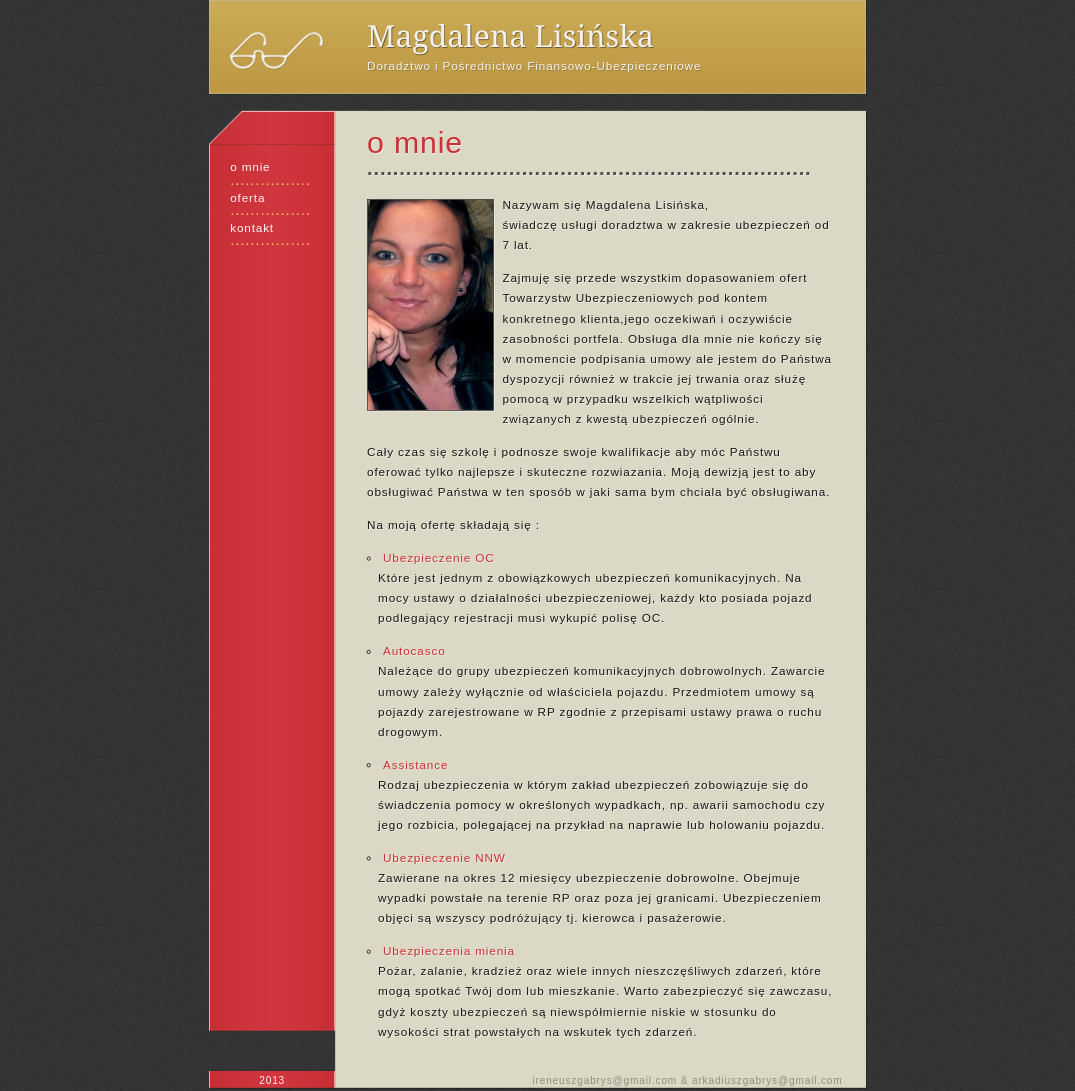
Repository: gabr/php_elicpse_workspace
Page: Magda Lisinska/index.html
These files come from the project's save history. The page is drawn as it stood at one moment and after the next save; the edit follows.
The browser window is 1280 px wide. The pictures show the whole page, at 84% of full size.

Above is the page before, as saved 2013-03-08 14:19:11.

### Magda Lisinska/index.html
<!DOCTYPE HTML>
<html>
<head>
<meta http-equiv="Content-Type" content="text/html; charset=utf-8">
<title>Magdalena Lisińska</title>
<!--
		<meta name="description" content="Add your sites description here">
		<meta name="keywords" content="Add,your,site,keywords,here">
		<link rel="icon" type="image/x-icon" href="../images/favicon.ico">
		-->
<link rel="stylesheet" type="text/css" href="css/reset.css"
  media="screen">
<link rel="stylesheet" type="text/css" href="css/style.css"
  media="screen">
<!-- <script src="js/jquery-1.9.1.js"></script>
        <script src="js/script.js"></script> -->
<!--[if lt IE 9]>
		<script src="js/html5shiv.js"></script>
		<![endif]-->
</head>

<body>
  <!-- head -->
  <div id="header">
    <a href="index.html" id="glasses"></a> <a href="index.html"
      id="header-title">
      <p id="title">Magdalena Lisińska</p>
      <p id="slogan">Doradztwo i Pośrednictwo
        Finansowo-Ubezpieczeniowe</p>
    </a>
    <div class="clear"></div>
  </div>

  <!-- body -->
  <div id="body">
    <!-- menu -->
    <div id="menu">
      <div id="menu-head"></div>
      <div id="menu-body" style="height: 1055px">
        <div id="menu-margin"></div>
        <ul>
          <li><a href="#">o mnie</a></li>
          <li class="line">................</li>
          <li><a href="#">oferta</a></li>
          <li class="line">................</li>
          <li><a href="kontakt.html">kontakt</a></li>
          <li class="line">................</li>
        </ul>
      </div>
    </div>
    <!-- content -->
    <div id="content">
      <div>
        <h1>o mnie</h1>
        <div class="line">.....................................................................</div>
        <img src="images/magda.jpg" />
        <p>
          Nazywam się Magdalena Lisińska,<br>świadczę usługi
          doradztwa w zakresie ubezpieczeń od 7 lat.
        </p>
        <p>Zajmuję się przede wszystkim dopasowaniem ofert
          Towarzystw Ubezpieczeniowych pod kontem konkretnego
          klienta,jego oczekiwań i oczywiście zasobności portfela.
          Obsługa dla mnie nie kończy się w momencie podpisania umowy
          ale jestem do Państwa dyspozycji również w trakcie jej trwania
          oraz służę pomocą w przypadku wszelkich wątpliwości związanych
          z kwestą ubezpieczeń ogólnie.</p>
        <p>Cały czas się szkolę i podnosze swoje kwalifikacje aby
          móc Państwu oferować tylko najlepsze i skuteczne rozwiazania.
          Moją dewizją jest to aby obsługiwać Państwa w ten sposób w
          jaki sama bym chciala być obsługiwana.</p>
        <p>Na moją ofertę składają się :</p>
        <ul>
          <li><a target="_blank"
            href="http://www.grupa-arda.pl/ubezpieczenia/ubezpieczenia-oc.html?phpMyAdmin=3N6bEaCYBK2Jq4cIqrYr1X8wqk0">Ubezpieczenie
              OC</a>
            <p>Które jest jednym z obowiązkowych ubezpieczeń
              komunikacyjnych. Na mocy ustawy o działalności
              ubezpieczeniowej, każdy kto posiada pojazd podlegający
              rejestracji musi wykupić polisę OC.</p></li>
          <li><a target="_blank"
            href="http://www.grupa-arda.pl/ubezpieczenia/ubezpieczenia-autocasco.html?phpMyAdmin=3N6bEaCYBK2Jq4cIqrYr1X8wqk0">Autocasco</a>
            <p>Należące do grupy ubezpieczeń komunikacyjnych
              dobrowolnych. Zawarcie umowy zależy wyłącznie od
              właściciela pojazdu. Przedmiotem umowy są pojazdy
              zarejestrowane w RP zgodnie z przepisami ustawy prawa o
              ruchu drogowym.</p></li>
          <li><a target="_blank"
            href="http://www.grupa-arda.pl/ubezpieczenia/ubezpieczenia-assistance.html?phpMyAdmin=3N6bEaCYBK2Jq4cIqrYr1X8wqk0">Assistance</a>
            <p>Rodzaj ubezpieczenia w którym zakład ubezpieczeń
              zobowiązuje się do świadczenia pomocy w określonych
              wypadkach, np. awarii samochodu czy jego rozbicia,
              polegającej na przykład na naprawie lub holowaniu pojazdu.</p>
          </li>
          <li><a target="_blank"
            href="http://www.grupa-arda.pl/ubezpieczenia/ubezpieczenia-nnw.html?phpMyAdmin=3N6bEaCYBK2Jq4cIqrYr1X8wqk0">Ubezpieczenie
              NNW</a>
            <p>Zawierane na okres 12 miesięcy ubezpieczenie
              dobrowolne. Obejmuje wypadki powstałe na terenie RP oraz
              poza jej granicami. Ubezpieczeniem objęci są wszyscy
              podróżujący tj. kierowca i pasażerowie.</p></li>
          <li><a target="_blank"
            href="http://www.grupa-arda.pl/ubezpieczenia/ubezpieczenia-mienia.html?phpMyAdmin=3N6bEaCYBK2Jq4cIqrYr1X8wqk0">Ubezpieczenia
              mienia</a>
            <p>Pożar, zalanie, kradzież oraz wiele innych
              nieszczęśliwych zdarzeń, które mogą spotkać Twój dom lub
              mieszkanie. Warto zabezpieczyć się zawczasu, gdyż koszty
              ubezpieczeń są niewspółmiernie niskie w stosunku do
              wysokości strat powstałych na wskutek tych zdarzeń.</p></li>
        </ul>
      </div>
    </div>
    <div class="clear"></div>

    <!-- footer -->
    <div id="footer">
      <div id="left-footer">
        <p>2013</p>
      </div>
      <div id="right-footer">
        <p>ireneuszgabrys@gmail.com &amp;
          arkadiuszgabrys@gmail.com&ensp;&ensp;&ensp;&ensp;</p>
      </div>
      <div class="clear"></div>
    </div>

  </div>

</body>
</html>

### Magda Lisinska/css/reset.css
/*
html5doctor.com Reset Stylesheet
v1.6.1
Last Updated: 2010-09-17
Author: Richard Clark - http://richclarkdesign.com
Twitter: @rich_clark
*/

html, body, div, span, object, iframe,
h1, h2, h3, h4, h5, h6, p, blockquote, pre,
abbr, address, cite, code,
del, dfn, em, img, ins, kbd, q, samp,
small, strong, sub, sup, var,
b, i,
dl, dt, dd, ol, ul, li,
fieldset, form, label, legend,
table, caption, tbody, tfoot, thead, tr, th, td,
article, aside, canvas, details, figcaption, figure,
footer, header, hgroup, menu, nav, section, summary,
time, mark, audio, video {
margin:0;
padding:0;
border:0;
outline:0;
font-size:100%;
vertical-align:baseline;
background:transparent;
}

body {line-height:1;}

article,aside,details,figcaption,figure,
footer,header,hgroup,menu,nav,section {
display:block; zoom:1;
}

nav ul {list-style:none;}

blockquote, q {quotes:none;}

blockquote:before, blockquote:after,
q:before, q:after {
content:'';
content:none;
}

a {
margin:0;
padding:0;
font-size:100%;
vertical-align:baseline;
background:transparent;
}

/* change colours to suit your needs */
ins {
background-color:#ff9;
color:#000;
text-decoration:none;
}

/* change colours to suit your needs */
mark {
background-color:#ff9;
color:#000;
font-style:italic;
font-weight:bold;
}

del {text-decoration: line-through;}

abbr[title], dfn[title] {
border-bottom:1px dotted;
cursor:help;
}

table {
border-collapse:collapse;
border-spacing:0;
}

/* change border colour to suit your needs */
hr {
display:block;
height:1px;
border:0;
border-top:1px solid #cccccc;
margin:1em 0;
padding:0;
}

input, select {
vertical-align:middle;
}

### Magda Lisinska/css/style.css
/*  Main  */
body {
  background: url(../images/background.png);
  color: #000;
  font-family: Arial, Helvetica, sans-serif;
  font-size: 14px;
  letter-spacing: 1px;
}

p {
  color: #181818;
  text-align: left;
  margin: 0px 0px 15px 0px;
  line-height: 24px;
}

img {
  height: 250px;
}

a {
  color: #cb3138;
  text-decoration: none;
}

a:hover {
  text-decoration: underline;
}

h1 {
  margin: 20px 0px 0px 0px;
  font-size: 36px;
  color: #cb3138;
  font-weight: normal;
}

img {
  float: left;
  margin: 5px 10px 0px 0px;
  border: 1px solid #363636;
  box-shadow: 1px 1px 0px rgba(255, 255, 255, 0.5);
}

.line {
  -webkit-touch-callout: none;
  -webkit-user-select: none;
  -khtml-user-select: none;
  -moz-user-select: none;
  -ms-user-select: none;
  user-select: none;
}

.clear {
  clear: both;
}

/* Header */
#header {
  background: url(../images/header.jpg);
  width: 780px;
  height: 110px;
  margin: 0 auto;
  border: 1px solid #dbc89a;
  box-shadow: 1px 1px 0px rgba(0, 0, 0, 0.4)
}

#glasses {
  background: url(../images/glasses.png);
  width: 112px;
  height: 45px;
  margin: 37px 0px 0px 23px;
  display: block;
  outline: none;
  float: left;
}

#header-title {
  float: left;
  margin: 30px 0px 0px 52px;
  outline: none;
  text-decoration: none;
}

#title {
  margin: 0px 0px 0px 0px;
  color: #f1f1f1;
  text-shadow: 1px 1px 0px rgba(0, 0, 0, 0.4);
  font-family: Georgia, Times New Roman, Times;
  font-size: 36px;
  letter-spacing: 0px;
}

#slogan {
  color: #f1f1f1;
  text-shadow: 1px 1px 0px rgba(0, 0, 0, 0.2);
  margin: 11px 0px 0px 0px;
}

/* Body */
#body {
  margin: 0 auto;
  margin-top: 20px;
  width: 782px;
  box-shadow: 1px 1px 0px rgba(0, 0, 0, 0.4);
}

/* Menu */
#menu {
  float: left;
  width: 150px;
}

#menu-head {
  background: url(../images/menu_head.png);
  height: 40px;
}

#menu-body {
  background: url(../images/menu.jpg);
  min-height: 200px;
}

#menu-margin {
  height: 20px;
}

#menu-body ul {
  width: 100px;
  margin: 0 auto;
  list-style: none;
}

#menu-body a {
  color: #f7f7f7;
  text-decoration: none;
}

#menu-body li>a:hover {
  font-weight: bold;
}

#menu-body li.line {
  font-size: 18px;
  color: #f7cb61;
  margin: -1px 0px 5px 0px;
}

/* Content */
#content {
  float: left;
  width: 632px;
  min-height: 200px;
  background: #dbd8c5;
  text-shadow: 1px 1px 0px rgba(255, 255, 255, 0.5);
  padding-bottom: 20px;
}

#content>div {
  margin: 0px 38px 0px 38px;
}

#content .line {
  margin: 0px 0px 20px 0px;
  font-size: 24px;
  color: #4f4f4f;
  font-weight: bold;
}

#content ul {
  list-style-type: circle;
  list-style-position: inside;
}

#content ul li {
  text-decoration: none;
  font-family: Arial, Helvetica, sans-serif;
  font-size: 14px;
  letter-spacing: 1px;
  color: #181818;
  text-align: left;
  margin: 0px 0px 15px 0px;
  line-height: 24px;
}

#content ul li p {
  margin-left: 13px;
}

#content iframe {
  margin: 20px auto 2px auto;
}

#google-maps {
  float: right;
  margin-right: 6px;
}

/* Footer */
#footer {
  width: 782px;
}

#left-footer {
  background: url(../images/menu.jpg);
  width: 150px;
  height: 20px;
  float: left;
}

#left-footer p {
  color: #f7f7f7;
  text-align: center;
  font-size: 12px;
}

#right-footer {
  float: right;
  width: 632px;
  height: 20px;
  background: #dbd8c5;
}

#right-footer p {
  color: #918e7e;
  text-align: right;
  font-size: 12px;
}

After the next save:
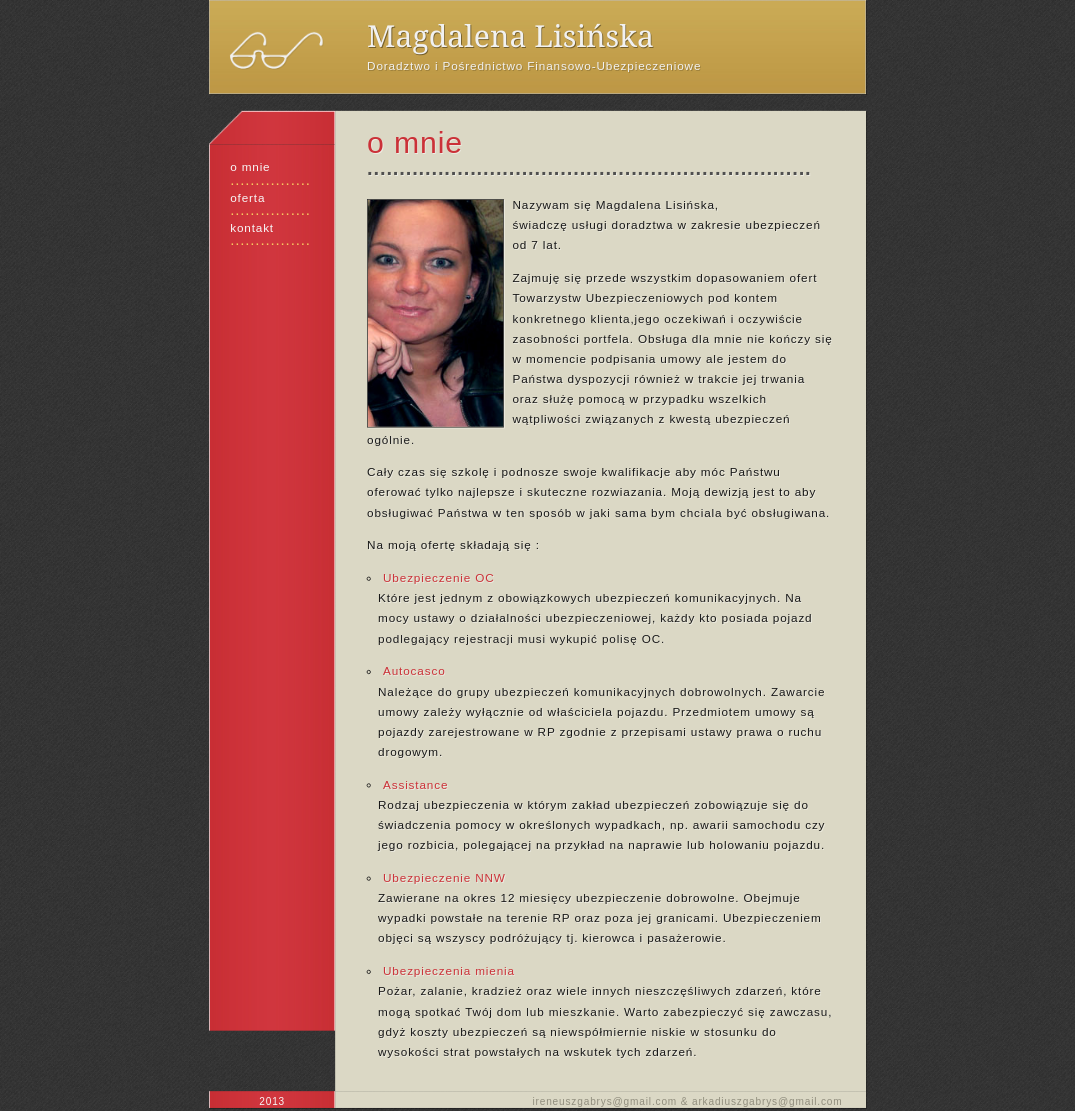
Saved 9 s later.
--- a/Magda Lisinska/css/style.css
+++ b/Magda Lisinska/css/style.css
@@ -15,7 +15,7 @@ p {
 }
 
 img {
-  height: 250px;
+  height: 270px;
 }
 
 a {
